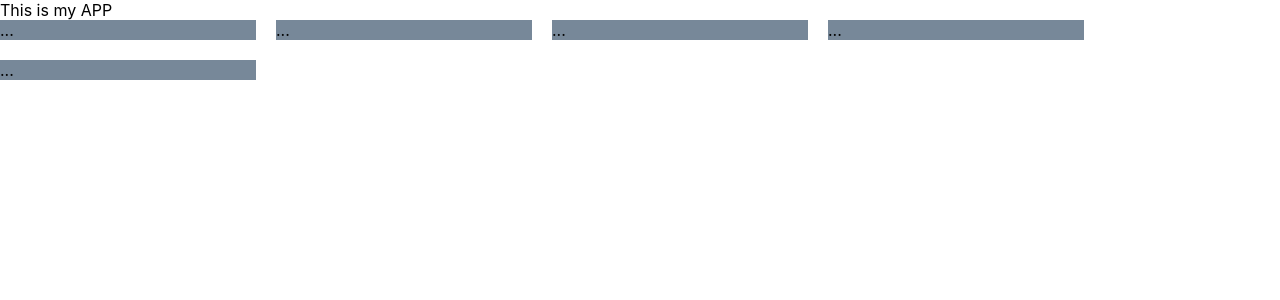
Repository: vnevescode/ui-components-react
Page: /
The author's editor kept a copy of each file at every save. The page is drawn from the files as they stood at one save, then again after the next save.
The browser window is 1280 px wide. The pictures show the whole page.
The project was rebuilt for these pictures with package versions that can differ from the ones it lists, and the page was loaded fresh each time.

Above is the page before, as saved 2022-06-09 22:14:19.

### src/App.js
import React from 'react';
import Cards from './components/Cards/Cards';

function App() {
  return (
    <div className="App">
      <div>This is my APP</div>
      <Cards/>
    </div>
  );
}

export default App;

### src/components/Cards/Cards.jsx
import React from 'react'
import './Cards.style.css'

const Cards = () => {
  return (
    <>
        <div className="cards">
            {/* A card with given width */}
            <div className="cards__item">
                {'...'}
            </div>
            {/* Repeat other cards */}
            <div className="cards__item">
                {'...'}
            </div>
            <div className="cards__item">
                {'...'}
            </div>
            <div className="cards__item">
                {'...'}
            </div>
            <div className="cards__item">
                {'...'}
            </div>
        </div>
    </>
  )
}

export default Cards

### src/components/Cards/Cards.style.css

.cards{
    display: flex;
    flex-wrap: wrap;
    gap: 20px;
}

.cards__item{
    flex-basis: 20%;

    background-color: lightslategray;
}

Loaded but not shown: public/index.html (common file); src/index.js (common file); src/index.css (common file)

After the next save:
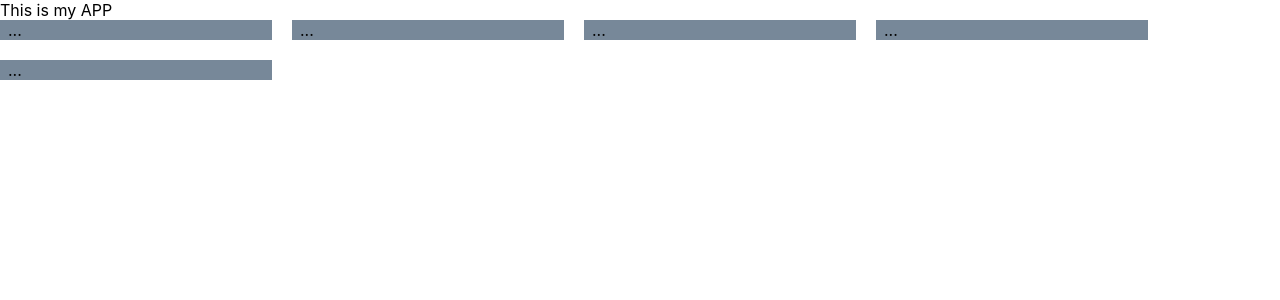
Saved 37 s later.
--- a/src/components/Cards/Cards.style.css
+++ b/src/components/Cards/Cards.style.css
@@ -7,6 +7,7 @@
 
 .cards__item{
     flex-basis: 20%;
-
+    padding-left: 8px;
+    padding-right: 8px;
     background-color: lightslategray;
 }
